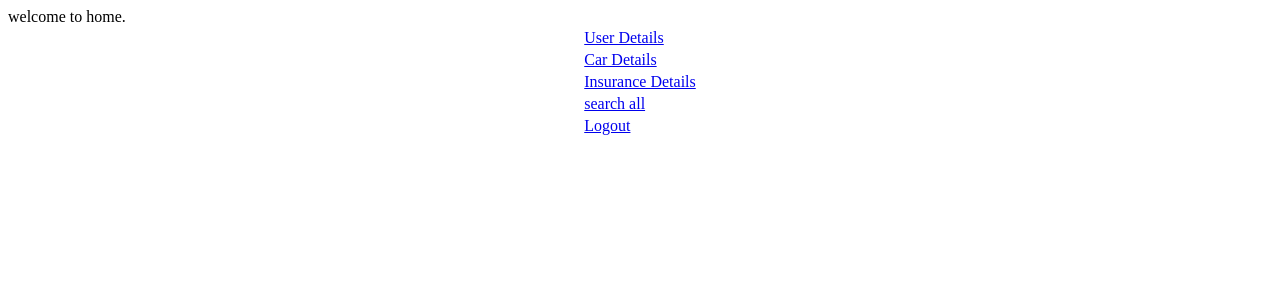
Repository: pdway/Adv-JAVA
Page: http://localhost/Car_insurance_system/home.jsp
An editor plug-in stored every save of this project. The page is shown before and after the next save, followed by the edit.
The browser window is 1280 px wide. The pictures show the whole page.
The page is served by Tomcat 9.

Above is the page before, as saved 2020-11-04 12:19:03.

After the next save:
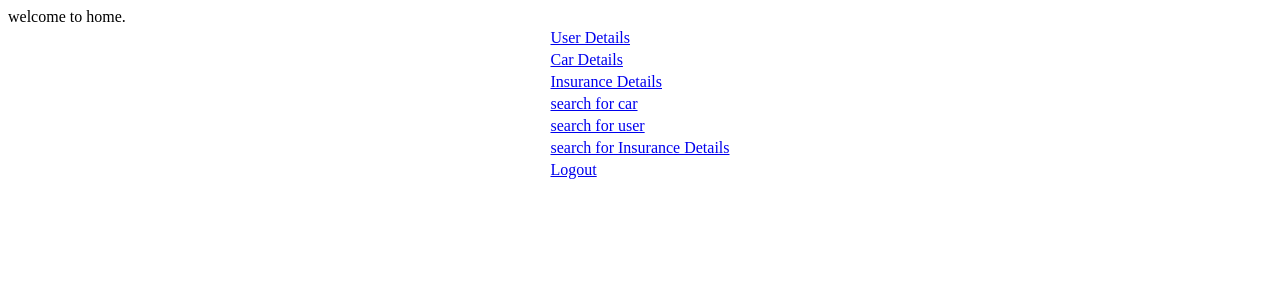
Saved 28 min 56 s later.
--- a/carinsys/Car_insurance_system/WebContent/home.jsp
+++ b/carinsys/Car_insurance_system/WebContent/home.jsp
@@ -24,7 +24,15 @@
 		</tr>
 
 		<tr>
-			<td> <a href="prep_search_car.htm" >search all</a> </td>
+			<td> <a href="prep_search_car.htm" >search for car</a> </td>
+		</tr>
+
+		<tr>
+			<td> <a href="prep_search_user.htm" >search for user</a> </td>
+		</tr>
+
+		<tr>
+			<td> <a href="prep_search_ins.htm" >search for Insurance Details</a> </td>
 		</tr>
 
 
